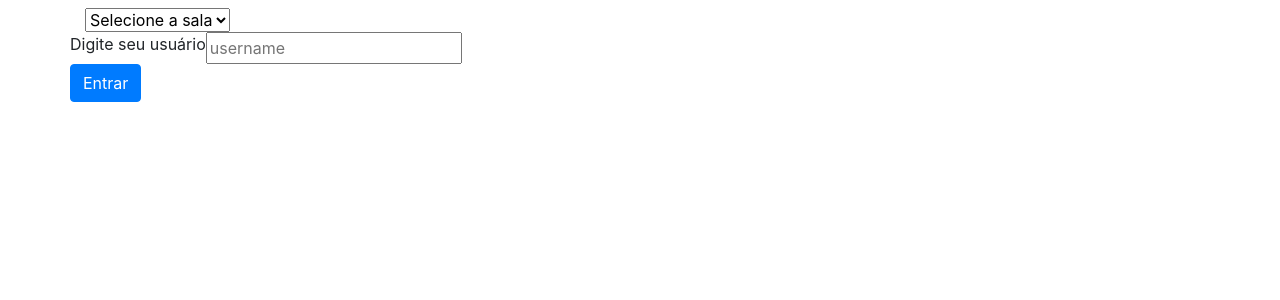
Repository: andre06x/chat-scoketio
Page: / (app in front/)
The author's editor kept a copy of each file at every save. The page is drawn from the files as they stood at one save, then again after the next save.
The browser window is 1280 px wide. The pictures show the whole page.
The page's requests for data from a server got no answer. The project was rebuilt for these pictures with package versions that can differ from the ones it lists, and the page was loaded fresh each time. No one was signed in, and anything a server would have sent is missing. Also part of the build but not shown: front/vite.config.js, front/src/chat.js.

Above is the page before, as saved 2022-05-16 10:59:52.

### front/index.html
<!DOCTYPE html>
<html lang="en">
  <head>
    <meta charset="UTF-8" />
    <link rel="icon" type="image/svg+xml" href="/src/favicon.svg" />
    <meta name="viewport" content="width=device-width, initial-scale=1.0" />
    <link rel="stylesheet" href="https://cdn.jsdelivr.net/npm/bootstrap@4.6.1/dist/css/bootstrap.min.css" integrity="sha384-zCbKRCUGaJDkqS1kPbPd7TveP5iyJE0EjAuZQTgFLD2ylzuqKfdKlfG/eSrtxUkn" crossorigin="anonymous">

    <title>Vite App</title>
  </head>
  <body>
    <div id="root"></div>
    <script type="module" src="/src/main.jsx"></script>
  </body>
</html>

### front/src/App.jsx
import { useEffect, useState } from 'react'
import logo from './logo.svg'
import './App.css'
import { Rotas } from "./routes"


function App() {
  return (
    <Rotas/>
  )
}

export default App

### front/src/routes.js
import {
  BrowserRouter,
  Routes,
  Route,
} from "react-router-dom";
import React from 'react';

import { Home } from './index';
import { Chat } from './chat';

const Rotas = () => {
  return (
    <BrowserRouter>
      <Routes>
        <Route path="/" element={<Home />} />
        <Route path="chat/:sala/:user" element={<Chat />} />
      </Routes>
    </BrowserRouter>
  )
}
export { Rotas }

### front/src/index.jsx
import React, { useEffect } from 'react';
import socketIOClient from "socket.io-client";
const ENDPOINT = "http://127.0.0.1:5000";;
import axios from 'axios';
const Home = () => {

  useEffect(() => {
    const socket = socketIOClient(ENDPOINT);
    socket.on("teste", data => {
      console.log(data)
    });

    const get = async  () => {
      const { data } = await axios.get("http://localhost:5000/teste");
      console.log(data)
    }

    get();
  }, []);

  return (
    <div class="container mt-2">
      <div class="row  mx-auto">
        <select name="select_room" id="select_room">
          <option value="-1">Selecione a sala</option>
          <option value="node">Node</option>
          <option value="java">Java</option>
          <option value="reactjs">ReactJS</option>
          <option value="elixir">Elixir</option>
        </select>
      </div>

      <div class="row">
        <label class="form-label">Digite seu usuário</label>
        <input type="text" name="username" placeholder="username"/>
      </div>

      <div class="row">
        <button type="submit" class="btn btn-primary mb-3">Entrar</button>
      </div>

    </div>
  )
}

export { Home }

Loaded but not shown: front/src/main.jsx (common file); front/src/index.css (common file); front/src/App.css (common file)

After the next save:
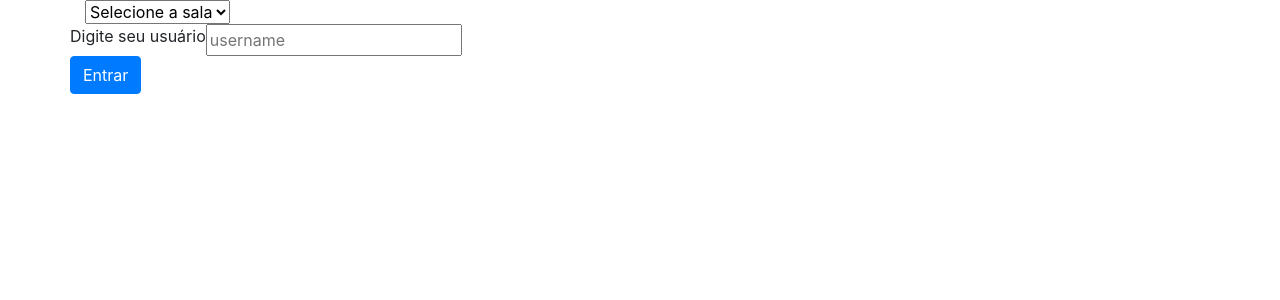
Saved 42 s later.
--- a/front/src/index.jsx
+++ b/front/src/index.jsx
@@ -19,7 +19,7 @@ const Home = () => {
   }, []);
 
   return (
-    <div class="container mt-2">
+    <div class="container align-items-center">
       <div class="row  mx-auto">
         <select name="select_room" id="select_room">
           <option value="-1">Selecione a sala</option>
